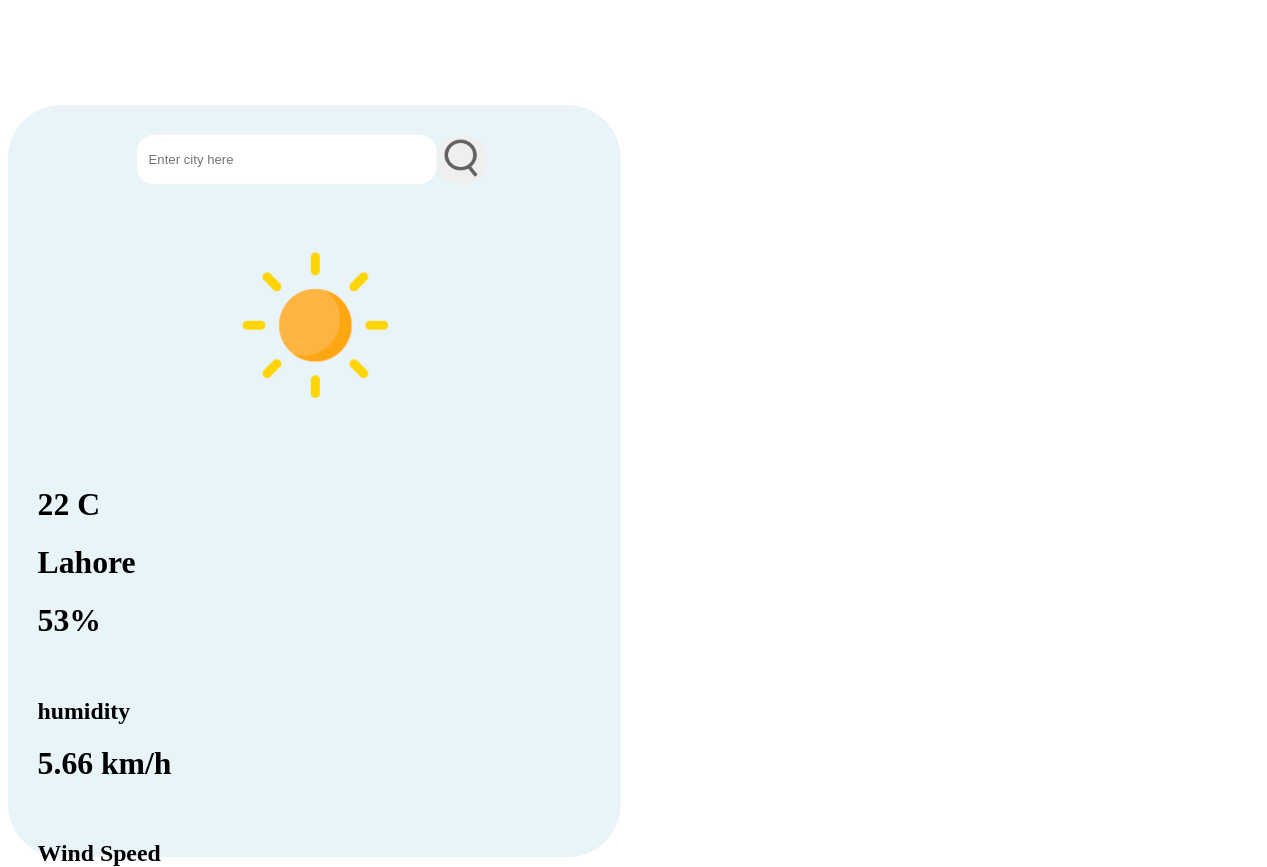
Repository: WajihaGul/Javascripts-Projects
Page: WEATHER APP/index.html
These files come from the project's save history. The page is drawn as it stood at one moment and after the next save; the edit follows.
The browser window is 1280 px wide. The pictures show the whole page, at 99% of full size.

Above is the page before, as saved 2024-06-07 15:50:38.
Not found: WEATHER APP/script.js

### WEATHER APP/index.html
<!DOCTYPE html>
<html>
    <head>
        <meta charset="utf-8">
        <meta http-equiv="X-UA-Compatible" content="IE=edge">
        <title></title>
        <meta name="description" content="">
        <meta name="viewport" content="width=device-width, initial-scale=1">
        <link rel="stylesheet" href="./style.css">
    </head>
    <body>
            <div class="MainDiv">
                <div class="SearchDiv" >
                <input type="search" class="SearchInput" placeholder="Enter city here">
                <button class="SearchLogo"><img src="/images/search.png" class="btnimg" alt="SearchLogo"></button>
            </div>

            <div class="SecDiv">
                <div class="weather">
                <img src="./images/clear.png" alt="weather here" class="weatherImg">
                </div>
                <div class="temp">
                    <h1>22 C</h1>
                </div>
                <div class="cityName">
                    <h1>Lahore</h1>
                </div>
                <div class="humidity">
                    <h1>53%</h1>
                    <br>
                    <h2>humidity</h2>
                </div>
                <div class="windSpeed">
                    <h1>5.66 km/h</h1>
                    <br>
                    <h2>Wind Speed</h2>
                </div>
            </div>
        </div>
        <script src="./script.js" async defer></script>
    </body>
</html>

### WEATHER APP/style.css
.MainDiv{
    background-color: #e9f4f9;
    /* margin: 0 auto; */
    width: 559px;
    /* display: flex; */
    margin-top: 106px;
    border-radius: 54px;
    height: 700px;
    padding: 30px
}
 .SearchInput{
    width: 303px;
    height: 50px;
    border-radius: 18px;
    padding: 10px;
    border-color: transparent;
}
.SearchDiv{
    display: flex;
    flex-direction: row;
    align-items: center;
    margin: 0 auto;
    margin-left: 100px;
    margin-right: 100px;
}
.btnimg{
    height: 38px;
    width: 34px;
}
.SearchLogo{
        border-color: transparent;
    border-radius: 20px;
    cursor: pointer;
}
.temp h1{
    display
}
.weatherImg{
    display: flex;
    margin: 0 auto;
    padding: 30px;
}

After the next save:
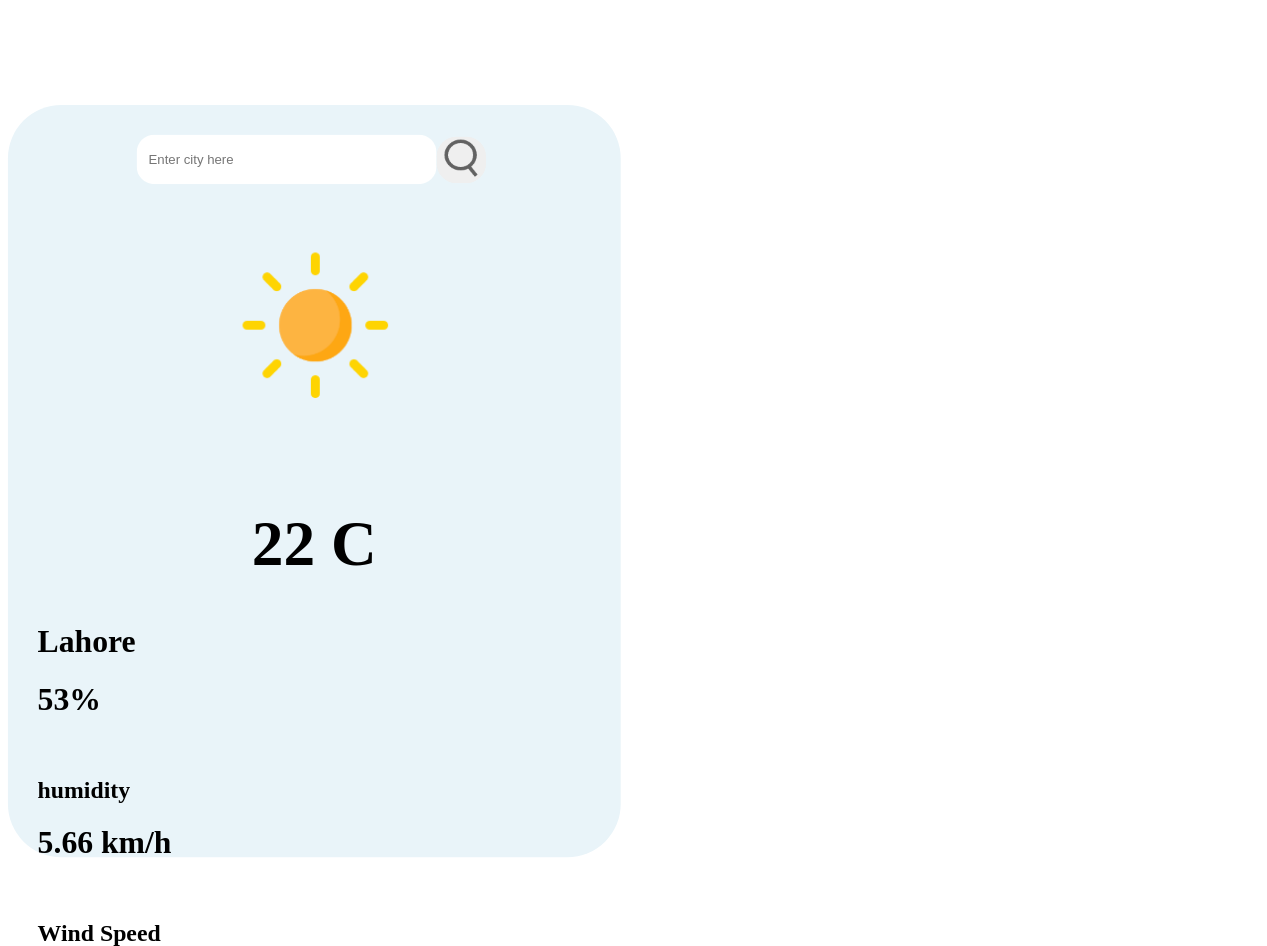
Saved 10 s later.
--- a/WEATHER APP/style.css
+++ b/WEATHER APP/style.css
@@ -33,7 +33,10 @@
     cursor: pointer;
 }
 .temp h1{
-    display
+    display: flex;
+    align-items: center;
+    justify-content: center;
+    font-size: 64px;
 }
 .weatherImg{
     display: flex;
